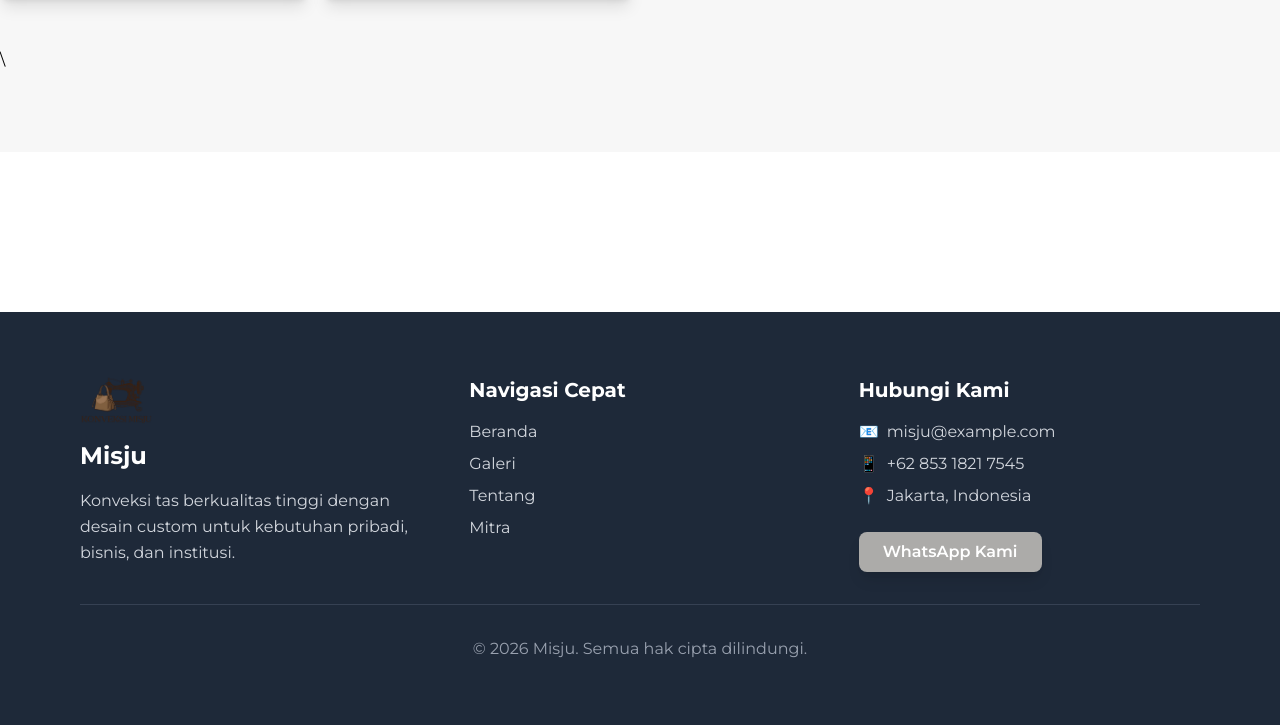
Repository: faridfirdaus-fred/konveksi_misju
Page: /
The author's editor kept a copy of each file at every save. The page is drawn from the files as they stood at one save, then again after the next save.
The browser window is 1280 px wide. The pictures show the part of the page from y = 2747 to 3472 px (the page is 3472 px tall before and 3312 px after).
The project was rebuilt for these pictures with package versions that can differ from the ones it lists, and the page was loaded fresh each time. Also part of the build but not shown: vite.config.js.

Above is the page before, as saved 2026-01-10 15:34:37.

### index.html
<!doctype html>
<html lang="en">
  <head>
    <meta charset="UTF-8" />
    <link rel="icon" type="image/svg+xml" href="/vite.svg" />
    <meta name="viewport" content="width=device-width, initial-scale=1.0" />
    <link rel="preconnect" href="https://fonts.googleapis.com">
    <link rel="preconnect" href="https://fonts.gstatic.com" crossorigin>
    <link href="https://fonts.googleapis.com/css2?family=Montserrat:wght@300;400;500;600;700;800&display=swap" rel="stylesheet">
    <title>portfolio_misju</title>
  </head>
  <body>
    <div id="root"></div>
    <script type="module" src="/src/main.jsx"></script>
  </body>
</html>

### src/index.css
@import "tailwindcss";

@theme {
  --color-primary: #ACABA9;
  --color-secondary: #F7F7F7;
}

### src/App.jsx
import './App.css'
import Navbar from './components/Navbar'
import Hero from './components/Hero'
import Partners from './components/Partners'
import Gallery from './components/Gallery'
import About from './components/About'
import Footer from './components/Footer'
import Hero_Bottom from './components/Hero_Bottom'

function App() {
  return (
    <div className="min-h-screen bg-gray-50">
      <Navbar />
      <Hero />
      <Partners />
      <Hero_Bottom />
      <Gallery />
      <About />
      <Footer />
    </div>
  )
}

export default App

### src/App.css
/* Custom styles for portfolio */
html {
  scroll-behavior: smooth;
}

body {
  font-family: "Montserrat", sans-serif;
  font-optical-sizing: auto;
}

### src/components/Navbar.jsx
import { useState, useEffect, useRef } from 'react'
import logo from '../assets/logo.webp'

function Navbar() {
    const [isMobileMenuOpen, setIsMobileMenuOpen] = useState(false)
    const navRef = useRef(null)

    useEffect(() => {
        const handleClickOutside = (event) => {
            if (navRef.current && !navRef.current.contains(event.target)) {
                setIsMobileMenuOpen(false)
            }
        }

        if (isMobileMenuOpen) {
            document.addEventListener('mousedown', handleClickOutside)
        }

        return () => {
            document.removeEventListener('mousedown', handleClickOutside)
        }
    }, [isMobileMenuOpen])

    const scrollToSection = (id) => {
        const element = document.getElementById(id)
        if (element) {
            element.scrollIntoView({ behavior: 'smooth' })
        }
        setIsMobileMenuOpen(false)
    }

    return (
        <nav ref={navRef} className="fixed top-0 px-4 md:px-20 left-0 right-0 bg-secondary shadow-md z-50">
            <div className=" mx-auto">
                <div className="flex justify-between items-center h-16">
                    {/* Logo - Kiri */}
                    <div className="shrink-0">
                        <a href="#home" className="flex items-center">
                            <img src={logo} alt="MyPortfolio Logo" className="h-10 w-auto" />
                        </a>
                    </div>

                    {/* Navigation - Tengah (Desktop) */}
                    <div className="hidden md:flex space-x-8">
                        <button onClick={() => scrollToSection('home')} className="text-gray-700 hover:text-primary transition">
                            Beranda
                        </button>

                        <button onClick={() => scrollToSection('gallery')} className="text-gray-700 hover:text-primary transition">
                            Galeri
                        </button>
                        <button onClick={() => scrollToSection('about')} className="text-gray-700 hover:text-primary transition">
                            Tentang
                        </button>
                         <button onClick={() => scrollToSection('partners')} className="text-gray-700 hover:text-primary transition">
                            Mitra
                        </button>
                    </div>

                    {/* Contact Button - Kanan */}
                    <div className="hidden md:block">
                        <a
                            href="https://wa.me/6285318217545"
                            target="_blank"
                            rel="noopener noreferrer"
                            className="inline-block bg-primary text-gray-800 px-6 py-2 rounded-lg transition hover:bg-gray-800 hover:text-primary border-2 border-primary"
                        >
                            Hubungi Kami
                        </a>
                    </div>

                    {/* Mobile menu button */}
                    <div className="md:hidden">
                        <button
                            onClick={() => setIsMobileMenuOpen(!isMobileMenuOpen)}
                            className="text-gray-700 hover:text-blue-600"
                        >
                            <svg className="h-6 w-6" fill="none" viewBox="0 0 24 24" stroke="currentColor">
                                <path strokeLinecap="round" strokeLinejoin="round" strokeWidth={2} d={isMobileMenuOpen ? "M6 18L18 6M6 6l12 12" : "M4 6h16M4 12h16M4 18h16"} />
                            </svg>
                        </button>
                    </div>
                </div>
            </div>

            {/* Mobile menu */}
            {isMobileMenuOpen && (
                <div className="md:hidden bg-white border-t">
                    <div className="px-2 pt-2 pb-3 space-y-1">
                        <button onClick={() => scrollToSection('home')} className="block w-full text-left px-3 py-2 text-gray-700 hover:bg-gray-100">
                            Beranda
                        </button>
                        <button onClick={() => scrollToSection('partners')} className="block w-full text-left px-3 py-2 text-gray-700 hover:bg-gray-100">
                            Mitra
                        </button>
                        <button onClick={() => scrollToSection('gallery')} className="block w-full text-left px-3 py-2 text-gray-700 hover:bg-gray-100">
                            Galeri
                        </button>
                        <button onClick={() => scrollToSection('about')} className="block w-full text-left px-3 py-2 text-gray-700 hover:bg-gray-100">
                            Tentang
                        </button>
                        <a
                            href="https://wa.me/6285318217545"
                            target="_blank"
                            rel="noopener noreferrer"
                            className="block w-full text-center px-3 py-2 bg-primary text-gray-800 hover:bg-secondary hover:text-primary rounded"
                        >
                            Hubungi Kami
                        </a>
                    </div>
                </div>
            )}
        </nav>
    )
}

export default Navbar

### src/components/Hero.jsx
import hero from '../assets/hero.webp'

function Hero() {

  return (
    <section
      id="home"
      className="h-screen w-full flex items-center relative bg-cover bg-no-repeat bg-right md:bg-center"
      style={{
        backgroundImage: `url(${hero})`
      }}
    >
      {/* Overlay */}
      <div className="absolute inset-0 bg-black/40"></div>

      {/* Content */}
      <div className="relative z-10 md:max-w-2xl px-4 md:px-20">
        <div className="w-full">
          <h1 className="text-3xl md:text-6xl font-bold text-white mb-4">
            Misju - Konveksi Tas Berkualitas
          </h1>
          <p className="text-base md:text-xl text-white/90 mb-6">
            Spesialis pembuatan tas custom untuk kebutuhan pribadi, bisnis, dan institusi. Kualitas terjamin dengan harga terjangkau.
          </p>
          <div className="flex flex-wrap gap-4">
            <a
              href="https://wa.me/6285318217545"
              target="_blank"
              rel="noopener noreferrer"
              className="inline-block bg-primary text-gray-800 px-6 py-2 rounded-lg transition hover:bg-gray-800 hover:text-primary border-2 border-primary">

              Hubungi Kami
            </a>
          </div>
        </div>
      </div>
    </section>
  )
}

export default Hero

### src/components/Partners.jsx
import tgif from '../assets/tgif.webp'
import namikita from '../assets/namikita.webp'

function Partners() {
  const partners = [
    {
      id: 1,
      name: 'TGI Friday\'s',
      logo: tgif,
      alt: 'TGI Friday\'s Logo'
    },
    {
      id: 2,
      name: 'Namikita',
      logo: namikita,
      alt: 'Namikita Logo'
    },
  ]

  return (
    <section id="partners" className="py-20 px-20 bg-secondary">
      <div className="w-full mx-auto">
        <div className="text-center mb-16">
          <h2 className="text-3xl font-bold text-gray-900 mb-4">
            Perusahaan yang Telah Bekerja Sama
          </h2>
          <p className="text-xl text-gray-600">
            Dipercaya oleh berbagai perusahaan terkemuka
          </p>
        </div>
        <div className="flex flex-wrap justify-center gap-8 md:gap-12">
          {partners.map((partner) => (
            <div key={partner.id} className="flex items-center justify-center">
              <img
                src={partner.logo}
                alt={partner.alt}
                className="max-h-16 md:max-h-50 w-auto object-contain"
              />
            </div>
          ))}
        </div>
      </div>
    </section>
  )
}

export default Partners

### src/components/Gallery.jsx

function Gallery() {
  const galleryItems = [
    { id: 1, title: 'TAS CUSTOM PREMIUM', image: 'https://images.unsplash.com/photo-1553062407-98eeb64c6a62?w=800&q=80', description: 'Tas custom berkualitas tinggi dengan desain eksklusif' },
    { id: 2, title: 'BACKPACK PROFESIONAL', image: 'https://images.unsplash.com/photo-1622560480605-d83c853bc5c3?w=800&q=80', description: 'Backpack ergonomis untuk kebutuhan profesional' },
    { id: 3, title: 'TAS LAPTOP ELEGAN', image: 'https://images.unsplash.com/photo-1547949003-9792a18a2601?w=800&q=80', description: 'Tas laptop dengan desain modern dan praktis' },
    { id: 4, title: 'MESSENGER BAG STYLISH', image: 'https://images.unsplash.com/photo-1548036328-c9fa89d128fa?w=800&q=80', description: 'Tas selempang dengan gaya urban dan fungsional' },
    { id: 5, title: 'TRAVEL BAG MULTIFUNGSI', image: 'https://images.unsplash.com/photo-1581605405669-fcdf81165afa?w=800&q=80', description: 'Tas travel dengan banyak kompartemen' },
    { id: 6, title: 'TOTE BAG CASUAL', image: 'https://images.unsplash.com/photo-1590874103328-eac38a683ce7?w=800&q=80', description: 'Tas tote santai untuk aktivitas sehari-hari' },
  ]

  return (
    <section id="gallery" className="py-12 md:py-20 bg-secondary">
      <div className="w-full">
        {/* Header */}
        <div className="text-center mb-8 md:mb-12">
          <h2 className="text-3xl md:text-4xl font-bold text-gray-900 mb-3 md:mb-4">
            Galeri Produk Kami
          </h2>
          <p className="text-base md:text-xl text-gray-600">
            Koleksi tas berkualitas dengan berbagai model dan fungsi
          </p>
        </div>

        {/* Grid Gallery */}
        <div className="grid grid-cols-2 md:grid-cols-3 lg:grid-cols-4 gap-3 md:gap-4 mb-8 md:mb-12">
          {galleryItems.map((item) => (
            <div
              key={item.id}
              className="relative aspect-square overflow-hidden shadow-lg hover:shadow-2xl transition-all duration-300 cursor-pointer group"
            >
              {/* Image */}
              <img
                src={item.image}
                alt={item.title}
                className="w-full h-full object-cover group-hover:scale-110 transition-transform duration-500"
              />

              {/* Hover Effect */}
              <div className="absolute inset-0 bg-primary/0 group-hover:bg-primary/10 transition-all duration-300"></div>
            </div>
          ))}
        </div>

      \
      </div>
    </section>
  )
}

export default Gallery

### src/components/About.jsx
function About() {
  return (
    <section id="about" className="py-20 px-4 bg-white ">
      <div className="max-w-7xl mx-auto">

      </div>
    </section>
  )
}

export default About

### src/components/Footer.jsx
import logo from '../assets/logo.webp'

function Footer() {
  const scrollToSection = (id) => {
    const element = document.getElementById(id)
    if (element) {
      element.scrollIntoView({ behavior: 'smooth' })
    }
  }

  return (
    <footer id="footer" className="bg-gray-800 text-white py-12 md:py-16 px-4 md:px-8 lg:px-20">
      <div className="w-full mx-auto">
        <div className="grid grid-cols-1 md:grid-cols-3 gap-8 md:gap-12 mb-8">
          {/* About */}
          <div>
            <img src={logo} alt="Misju Logo" className="h-12 w-auto mb-4" />
            <h3 className="text-xl md:text-2xl font-bold mb-3 md:mb-4">Misju</h3>
            <p className="text-gray-300 text-sm md:text-base leading-relaxed">
              Konveksi tas berkualitas tinggi dengan desain custom untuk kebutuhan pribadi, bisnis, dan institusi.
            </p>
          </div>

          {/* Quick Links */}
          <div>
            <h3 className="text-lg md:text-xl font-bold mb-3 md:mb-4">Navigasi Cepat</h3>
            <ul className="space-y-2">
              <li>
                <button onClick={() => scrollToSection('home')} className="text-gray-300 hover:text-white transition text-sm md:text-base">
                  Beranda
                </button>
              </li>
              <li>
                <button onClick={() => scrollToSection('gallery')} className="text-gray-300 hover:text-white transition text-sm md:text-base">
                  Galeri
                </button>
              </li>
              <li>
                <button onClick={() => scrollToSection('about')} className="text-gray-300 hover:text-white transition text-sm md:text-base">
                  Tentang
                </button>
              </li>
              <li>
                <button onClick={() => scrollToSection('partners')} className="text-gray-300 hover:text-white transition text-sm md:text-base">
                  Mitra
                </button>
              </li>
            </ul>
          </div>

          {/* Contact */}
          <div>
            <h3 className="text-lg md:text-xl font-bold mb-3 md:mb-4">Hubungi Kami</h3>
            <ul className="space-y-2 text-gray-300 text-sm md:text-base">
              <li className="flex items-start gap-2">
                <span>📧</span>
                <span>misju@example.com</span>
              </li>
              <li className="flex items-start gap-2">
                <span>📱</span>
                <span>+62 853 1821 7545</span>
              </li>
              <li className="flex items-start gap-2">
                <span>📍</span>
                <span>Jakarta, Indonesia</span>
              </li>
            </ul>
            <div className="mt-6">
              <a
                href="https://wa.me/6285318217545"
                target="_blank"
                rel="noopener noreferrer"
                className="inline-block bg-primary text-white px-6 py-2 rounded-lg transition hover:bg-white hover:text-primary shadow-lg text-sm md:text-base font-semibold"
              >
                WhatsApp Kami
              </a>
            </div>
          </div>
        </div>

        <div className="border-t border-gray-700 pt-6 md:pt-8 text-center">
          <p className="text-gray-400 text-sm md:text-base">&copy; 2026 Misju. Semua hak cipta dilindungi.</p>
        </div>
      </div>
    </footer>
  )
}

export default Footer

### src/components/Hero_Bottom.jsx
import { useState } from 'react'

function Hero_Bottom() {
  const [currentSlide, setCurrentSlide] = useState(0)

  // Data untuk carousel
  const slides = [
    {
      id: 1,
      title: "CARRY THE DAY",
      caption: "Everything you need to make it through a day at the office, from your laptop to your gym clothes, and still look the part once you're off the clock.",
      image: "https://images.unsplash.com/photo-1553062407-98eeb64c6a62?w=800&q=80"
    },
    {
      id: 2,
      title: "URBAN EXPLORER",
      caption: "Navigate the city streets with style and comfort. Perfect companion for your daily adventures and weekend getaways.",
      image: "https://images.unsplash.com/photo-1622560480605-d83c853bc5c3?w=800&q=80"
    },
    {
      id: 3,
      title: "WORK & PLAY",
      caption: "Seamlessly transition from professional meetings to casual outings. Designed for the modern lifestyle.",
      image: "https://images.unsplash.com/photo-1547949003-9792a18a2601?w=800&q=80"
    }
  ]

  const nextSlide = () => {
    setCurrentSlide((prev) => (prev + 1) % slides.length)
  }

  const prevSlide = () => {
    setCurrentSlide((prev) => (prev - 1 + slides.length) % slides.length)
  }

  const goToSlide = (index) => {
    setCurrentSlide(index)
  }

  return (
    <section id="home" className="pt-12 pb-12 md:pt-24 md:pb-20 bg-secondary">
      <div className=" mx-auto ">
        {/* Mobile First Layout */}
        <div className="flex flex-col md:flex-row gap-6 md:gap-12 items-center">

          {/* Left Section - Caption (Mobile: bottom, Desktop: left) */}
          <div className="w-full pl-20 md:w-6/12 order-2 md:order-1 text-center md:text-left">
            <div className="max-w-md mx-auto md:mx-0">
              <h2 className="text-3xl md:text-4xl lg:text-5xl font-bold mb-4 md:mb-6">
                {slides[currentSlide].title}
              </h2>
              <p className="text-base md:text-lg text-gray-600 leading-relaxed">
                {slides[currentSlide].caption}
              </p>
            </div>
          </div>

          {/* Right Section - Image (Mobile: top, Desktop: right) */}
          <div className="w-full md:w-6/12 order-1 md:order-2 relative">
            <div className="relative aspect-square md:aspect-[4/3]  overflow-hidden shadow-xl">
              <img
                src={slides[currentSlide].image}
                alt={slides[currentSlide].title}
                className="w-full h-full object-cover transition-opacity duration-500"
              />

              {/* Desktop Navigation Buttons */}
              <button
                onClick={prevSlide}
                className="hidden md:flex absolute left-4 top-1/2 -translate-y-1/2 bg-white/90 hover:bg-white p-3 rounded-full shadow-lg transition-all duration-200 items-center justify-center group"
                aria-label="Previous slide"
              >
                <svg className="w-6 h-6 text-gray-800 group-hover:text-black" fill="none" stroke="currentColor" viewBox="0 0 24 24">
                  <path strokeLinecap="round" strokeLinejoin="round" strokeWidth={2} d="M15 19l-7-7 7-7" />
                </svg>
              </button>

              <button
                onClick={nextSlide}
                className="hidden md:flex absolute right-4 top-1/2 -translate-y-1/2 bg-white/90 hover:bg-white p-3 rounded-full shadow-lg transition-all duration-200 items-center justify-center group"
                aria-label="Next slide"
              >
                <svg className="w-6 h-6 text-gray-800 group-hover:text-black" fill="none" stroke="currentColor" viewBox="0 0 24 24">
                  <path strokeLinecap="round" strokeLinejoin="round" strokeWidth={2} d="M9 5l7 7-7 7" />
                </svg>
              </button>
            </div>

            {/* Mobile Dot Navigation */}
            <div className="flex md:hidden justify-center gap-2 mt-6">
              {slides.map((_, index) => (
                <button
                  key={index}
                  onClick={() => goToSlide(index)}
                  className={`w-3 h-3 rounded-full transition-all duration-300 ${
                    currentSlide === index
                      ? 'bg-gray-800 w-8'
                      : 'bg-gray-300 hover:bg-gray-400'
                  }`}
                  aria-label={`Go to slide ${index + 1}`}
                />
              ))}
            </div>
          </div>

        </div>

        {/* Desktop Dot Indicators (optional - below content) */}
        <div className="hidden md:flex justify-center gap-2 mt-8">
          {slides.map((_, index) => (
            <button
              key={index}
              onClick={() => goToSlide(index)}
              className={`w-2.5 h-2.5 rounded-full transition-all duration-300 ${
                currentSlide === index
                  ? 'bg-gray-800 w-8'
                  : 'bg-gray-300 hover:bg-gray-400'
              }`}
              aria-label={`Go to slide ${index + 1}`}
            />
          ))}
        </div>
      </div>
    </section>
  )
}

export default Hero_Bottom

Loaded but not shown: src/main.jsx (common file)

After the next save:
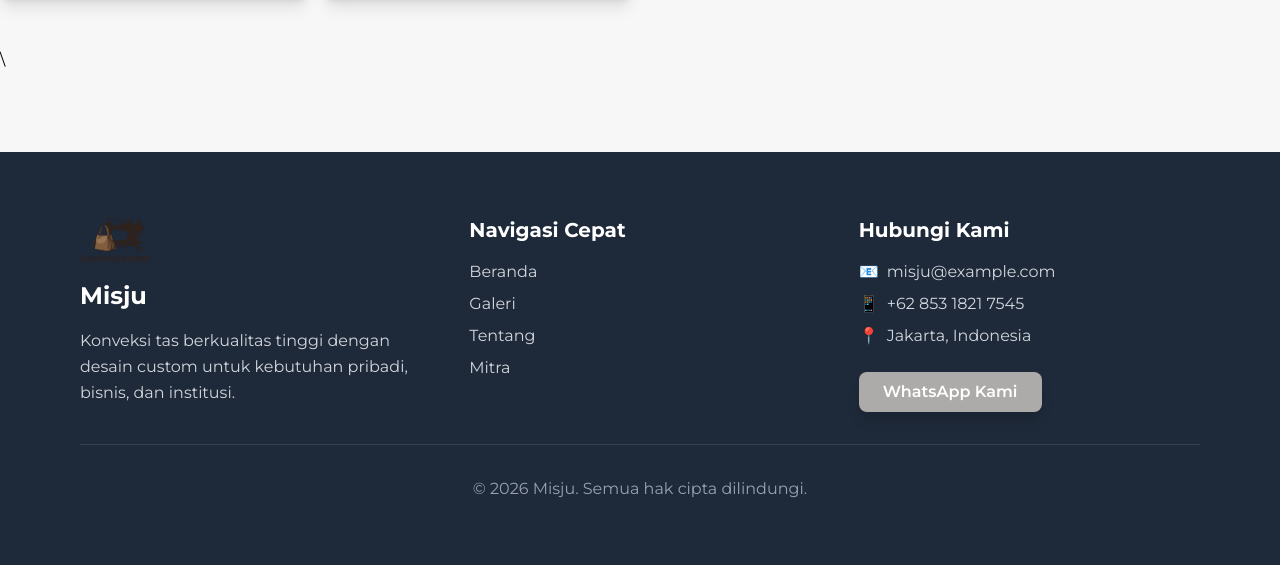
Saved 26 s later.
--- a/src/App.jsx
+++ b/src/App.jsx
@@ -15,7 +15,6 @@
       <Partners />
       <Hero_Bottom />
       <Gallery />
-      <About />
       <Footer />
     </div>
   )
